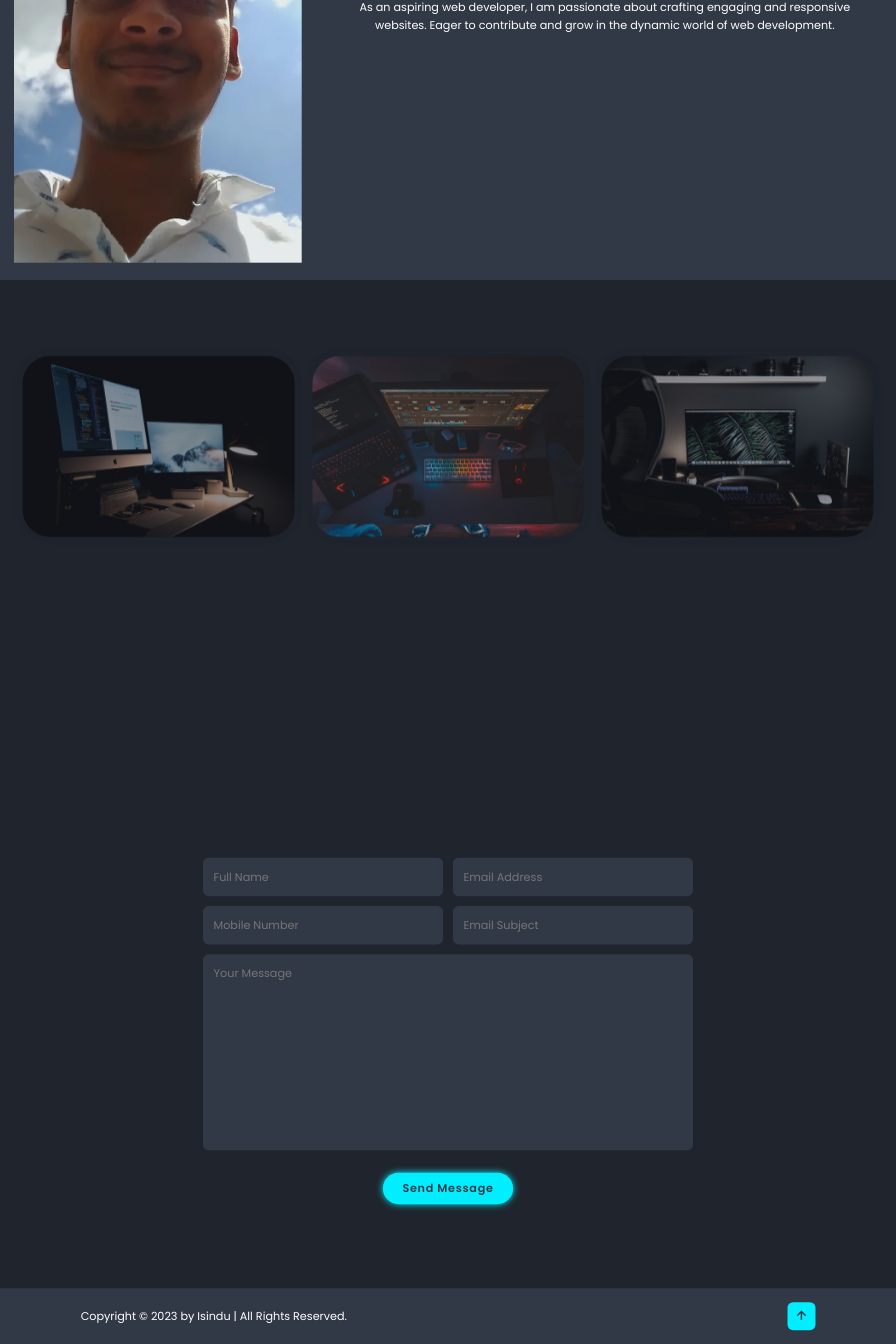
Repository: tectonic679/website1
Page: index.html
An editor plug-in stored every save of this project. The page is shown before and after the next save, followed by the edit.
The browser window is 1280 px wide. The pictures show the part of the page from y = 1096 to 3016 px (the page is 3016 px tall), at 70% of full size.
Some web libraries are served in a nearby version.

Above is the page before, as saved 2023-12-15 14:08:53.

After the next save:
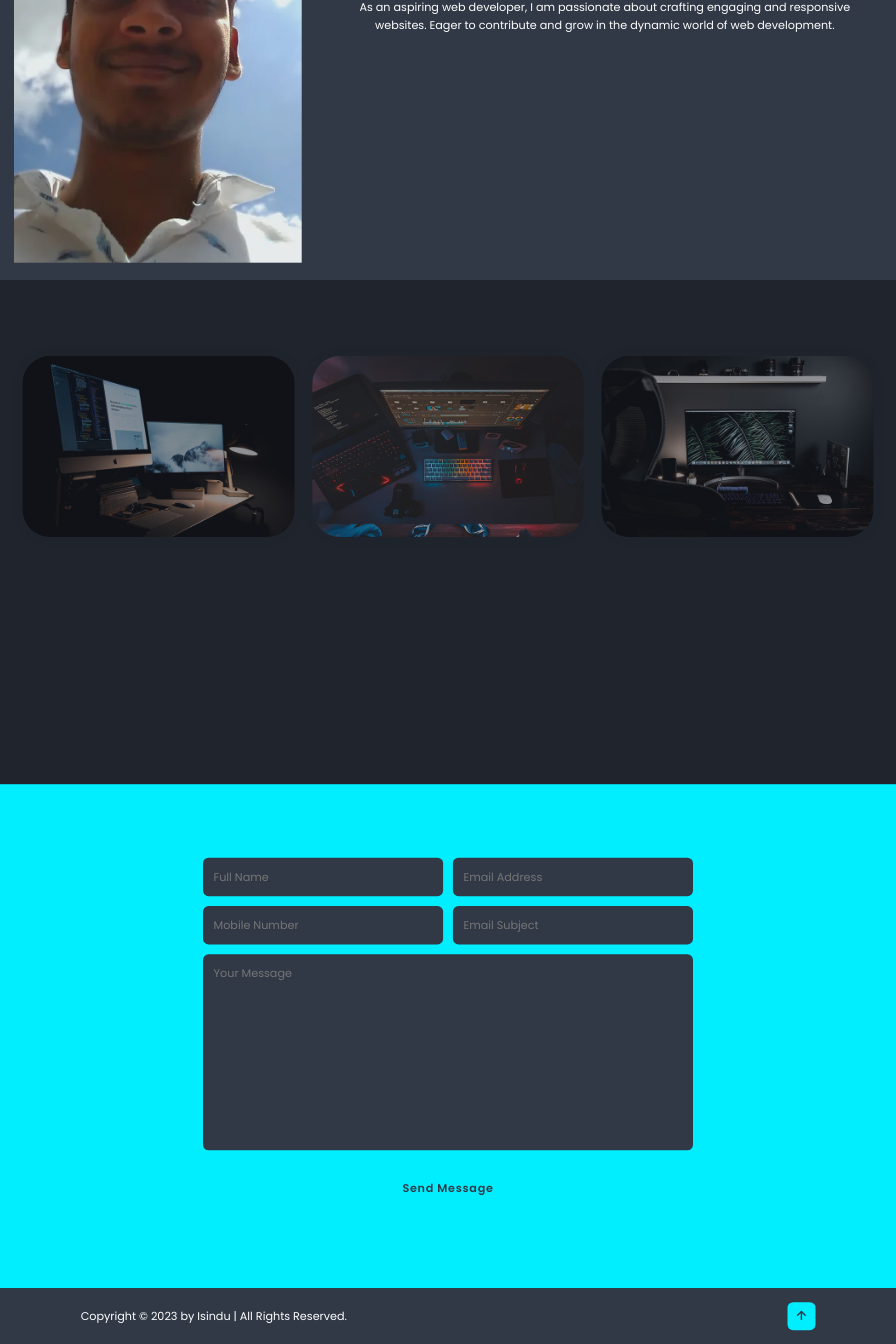
Saved 2 min 16 s later.
--- a/style.css
+++ b/style.css
@@ -301,6 +301,10 @@ span {
     height: 5rem;
     background: var(--text-bg-color);
     border-radius: 50%;
+}
+
+.contact {
+    background-color: var(--main-bg-color);
 }
 
 .contact h2 {
